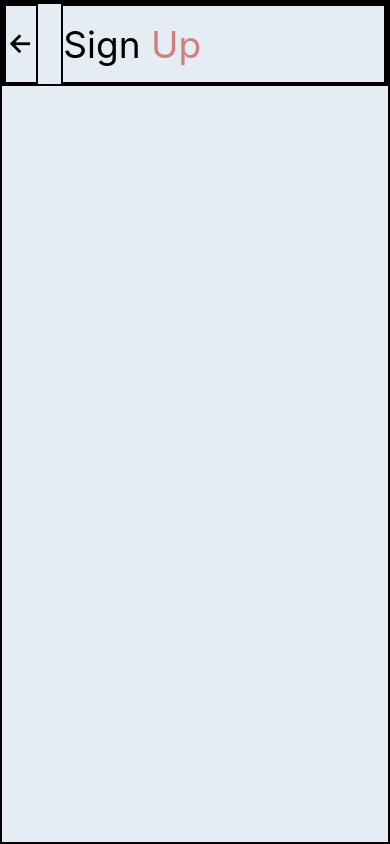
Repository: kgayathridevi/pregband
Screen: /Sign
An editor plug-in stored every save of this project. The screen is shown before and after the next save, followed by the edit.
The app was drawn by React Native's web renderer in a window 390 px wide. The project was rebuilt for these pictures with package versions that can differ from the ones it lists, and the page was loaded fresh each time. Also part of the build but not shown: component/Home.jsx.

Above is the screen before, as saved 2023-04-28 16:06:39.

### App.js
import { NavigationContainer } from "@react-navigation/native";
import { createNativeStackNavigator } from "@react-navigation/native-stack";
import { StatusBar } from "expo-status-bar";
import { StyleSheet, Text, View } from "react-native";
import SignUpScreen from "./component/SignUpScreen";
import LogInScreen from "./component/LogInScreen";
import Home from "./component/Home";

const Stack = createNativeStackNavigator();
export default function App() {
  return (
    <NavigationContainer>
      <Stack.Navigator initialRouteName="Log">
        <Stack.Screen
          options={{ headerShown: false }}
          name="Log"
          component={LogInScreen}
        />
        <Stack.Screen
          options={{ headerShown: false }}
          name="Sign"
          component={SignUpScreen}
        />
        <Stack.Screen name="Home" component={Home} />
      </Stack.Navigator>
    </NavigationContainer>
  );
}

const styles = StyleSheet.create({
  // container: {
  //   flex: 1,
  //   backgroundColor: '#fff',
  //   alignItems: 'center',
  //   justifyContent: 'center',
  // },
});

### component/SignUpScreen.jsx
import { StyleSheet, Text, View, TextInput } from "react-native";
import React from "react";
import { Button } from "react-native";
import Ionicons from "@expo/vector-icons/Ionicons";
import { SafeAreaView } from "react-native-safe-area-context";

const SignUpScreen = ({ navigation }) => {
  return (
    <SafeAreaView style={styles.container}>
      <View style={styles.headerContainer}>
        <View style={styles.btnCont}>
          <Ionicons name="arrow-back" color="black" size={30} />
        </View>
        <View style={styles.titleContain}>
          <Text style={styles.textC}>Sign</Text>
          <Text style={[styles.textC, styles.textC2]}> Up</Text>
        </View>
      </View>
      <View></View>
    </SafeAreaView>
  );
};

export default SignUpScreen;

const styles = StyleSheet.create({
  container: {
    borderWidth: 2,
    height: "100%",
    backgroundColor: "#E5ECF3",
  },
  headerContainer: {
    borderWidth: 2,
    height: "10%",
    flexDirection: "row",
    justifyContent: "space-between",
  },
  btnCont: {
    justifyContent: "center",
    borderWidth: 2,
  },
  textC: {
    fontSize: 37,
  },
  textC2: {
    color: "#D37F7D",
  },
  titleContain: {
    borderWidth: 2,
    flexDirection: "row",
    width: "85%",
    alignItems: "center",
  },
});

### component/LogInScreen.jsx
import {
  Button,
  StyleSheet,
  Text,
  TextInput,
  TouchableOpacity,
  View,
} from "react-native";
import React from "react";
import { SafeAreaView } from "react-native-safe-area-context";
import Ionicons from "@expo/vector-icons/Ionicons";

const LogInScreen = ({ navigation }) => {
  return (
    <SafeAreaView style={styles.container}>
      <View style={styles.headerContainer}>
        <View style={styles.btnCont}>
          {/* <Text>back</Text> */}
          <Ionicons name="arrow-back" color="black" size={30} />
        </View>
        <View style={styles.titleContain}>
          <Text style={styles.textC}>Log</Text>
          <Text style={[styles.textC, styles.textC2]}> In</Text>
        </View>
      </View>
      <View style={styles.mainContainer}>
        <View style={styles.inputContainer}>
          <Text style={{ fontSize: 20 }}>Email</Text>
          <TextInput style={styles.textInp} placeholder="Enter your name" />

          <Text style={{ fontSize: 20 }}>Password</Text>
          <TextInput style={styles.textInp} placeholder="Enter your password" />

          <View style={{ marginTop: 55, alignItems: "center" }}>
            <TouchableOpacity
              style={styles.logBtn}
              onPress={() => navigation.navigate("Home")}
            >
              <Text style={{ fontSize: 18 }}>Log In</Text>
            </TouchableOpacity>
            <TouchableOpacity onPress={() => navigation.navigate("Sign")}>
              <Text style={{ textDecorationLine: "underline" }}>
                Dont have an account? SignUp
              </Text>
            </TouchableOpacity>
          </View>
        </View>
        <View></View>
      </View>
    </SafeAreaView>
  );
};

export default LogInScreen;

const styles = StyleSheet.create({
  container: {
    // borderWidth: 2,
    height: "100%",
    backgroundColor: "#E5ECF3",
  },
  headerContainer: {
    // borderWidth: 2,
    height: "10%",
    flexDirection: "row",
    justifyContent: "space-between",
  },
  titleContain: {
    // borderWidth: 2,
    flexDirection: "row",
    width: "85%",
    alignItems: "center",
  },
  btnCont: {
    justifyContent: "center",
    // borderWidth: 2,
  },
  textC: {
    fontSize: 37,
  },
  textC2: {
    color: "#D37F7D",
  },

  mainContainer: {
    // borderWidth: 2,
    height: "90%",
    borderColor: "red",
  },
  inputContainer: {
    // borderWidth: 2,
    height: "80%",
    justifyContent: "center",
    padding: 10,
  },
  textInp: {
    borderWidth: 4,
    borderColor: "#D4ADAC",
    borderRadius: 20,
    height: 50,
    paddingHorizontal: 5,
    marginTop: 10,
  },
  logBtn: {
    backgroundColor: "#F9E8E6",
    height: 40,
    alignItems: "center",
    justifyContent: "center",
    width: "50%",
    borderRadius: 15,
  },
});

After the next save:
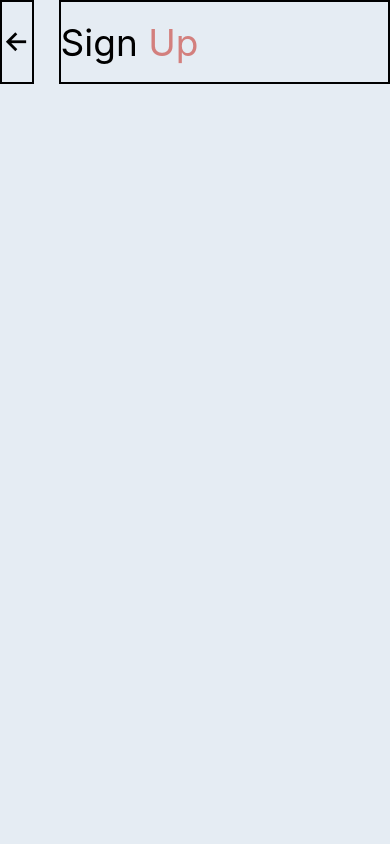
Saved 26 s later.
--- a/component/SignUpScreen.jsx
+++ b/component/SignUpScreen.jsx
@@ -25,12 +25,12 @@ export default SignUpScreen;
 
 const styles = StyleSheet.create({
   container: {
-    borderWidth: 2,
+    // borderWidth: 2,
     height: "100%",
     backgroundColor: "#E5ECF3",
   },
   headerContainer: {
-    borderWidth: 2,
+    // borderWidth: 2,
     height: "10%",
     flexDirection: "row",
     justifyContent: "space-between",
